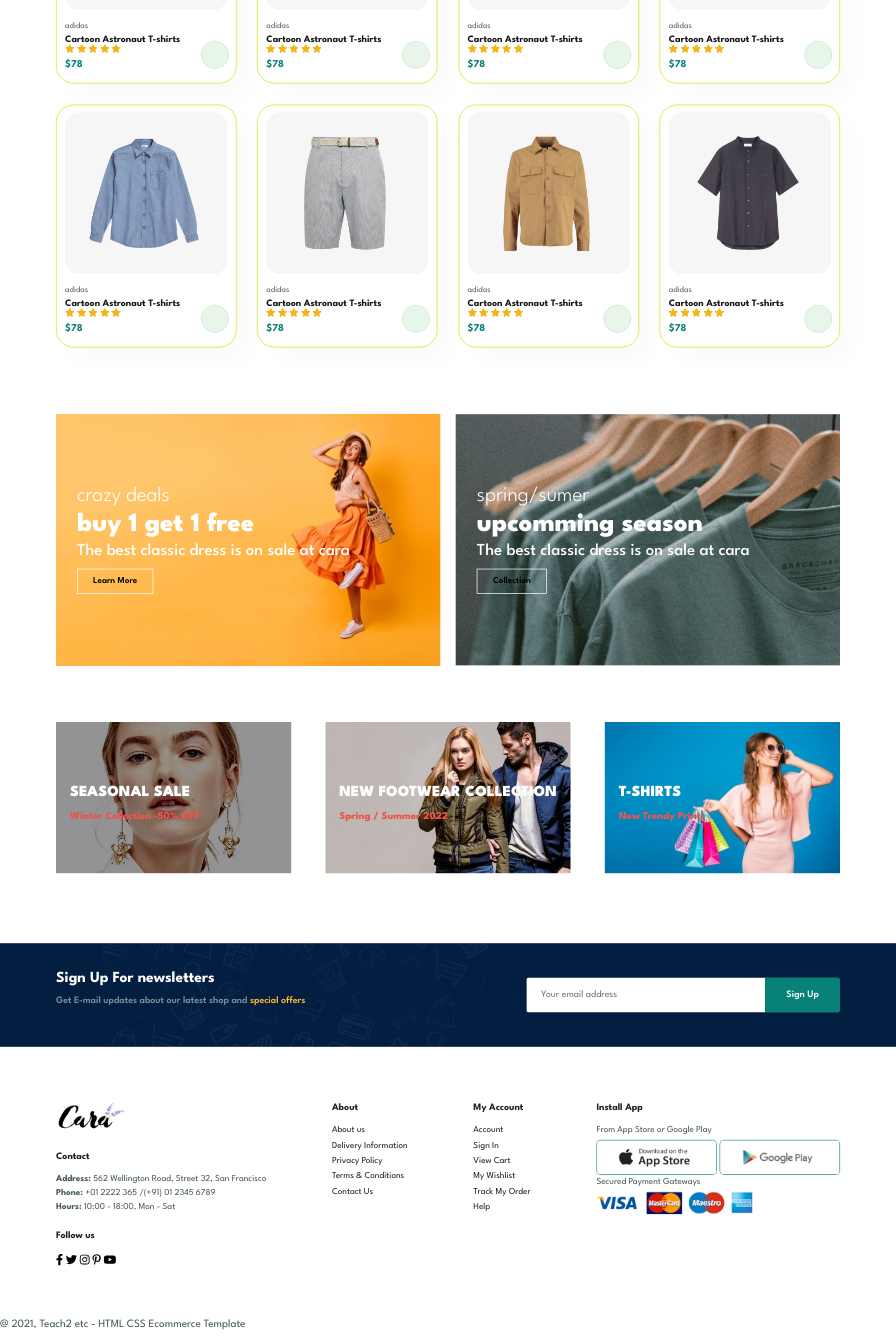
Repository: quy261001/cara
Page: index.html
An editor plug-in stored every save of this project. The page is shown before and after the next save, followed by the edit.
The browser window is 1280 px wide. The pictures show the part of the page from y = 2768 to 4688 px (the page is 4688 px tall), at 70% of full size.

Above is the page before, as saved 2022-05-02 13:35:53.

### index.html
<!DOCTYPE html>
<html lang="en">
<head>
  <meta charset="UTF-8">
  <meta http-equiv="X-UA-Compatible" content="IE=edge">
  <meta name="viewport" content="width=device-width, initial-scale=1.0">
  <link rel="stylesheet" href="style.css">
  <title>Cara</title>
</head>
<body>
  <section class="header">
    <a href="#"><img src="img/logo.png" class="logo" alt=""></a>

    <div>
      <ul class="navbar">
        <li><a class="active" href="index.html">Home</a></li>
        <li><a href="shop.html">Shop</a></li>
        <li><a href="blog.html">Blog</a></li>
        <li><a href="about.html">About</a></li>
        <li><a href="contact.html">Contact</a></li>
        <li><a href="cart.html"><i class="far fa-shopping-bag"></i></a></li>
      </ul>
    </div>
  </section>

  <section class="hero">
    <h4>Trade-in-offer</h4>
    <h2>Super value deals</h2>
    <h1>On all products</h1>
    <p>Save more with coupon & up to 70% off!</p>
    <button>Shop Now</button>
  </section>

  <section class="feature section-p1">
    <div class="fe-box">
      <img src="img/features/f1.png" alt="">
      <h6>Free Shipping</h6>
    </div>
    <div class="fe-box">
      <img src="img/features/f2.png" alt="">
      <h6>Online Order</h6>
    </div>
    <div class="fe-box">
      <img src="img/features/f3.png" alt="">
      <h6>Save Money</h6>
    </div>
    <div class="fe-box">
      <img src="img/features/f4.png" alt="">
      <h6>Promotions</h6>
    </div>
    <div class="fe-box">
      <img src="img/features/f5.png" alt="">
      <h6>Happy Sell</h6>
    </div>
    <div class="fe-box">
      <img src="img/features/f6.png" alt="">
      <h6>F24/7 Support</h6>
    </div>
  </section>

  <section class="product1 section-p1">
    <h2>Featured Products</h2>
    <p>Summer Collection New Morden Design</p>
    <div class="pro-container">
      <div class="pro">
        <img src="img/products/f1.jpg" alt="">
        <div class="des">
          <span>adidas</span>
          <h5>Cartoon Astronaut T-shirts</h5>
          <div class="star">
            <i class="fas fa-star"></i>
            <i class="fas fa-star"></i>
            <i class="fas fa-star"></i>
            <i class="fas fa-star"></i>
            <i class="fas fa-star"></i>
          </div>
          <h4>$78</h4>
        </div>
        <a href=""><i class="fal fa-shopping-cart cart"></i></a>
      </div>
      <div class="pro">
        <img src="img/products/f2.jpg" alt="">
        <div class="des">
          <span>adidas</span>
          <h5>Cartoon Astronaut T-shirts</h5>
          <div class="star">
            <i class="fas fa-star"></i>
            <i class="fas fa-star"></i>
            <i class="fas fa-star"></i>
            <i class="fas fa-star"></i>
            <i class="fas fa-star"></i>
          </div>
          <h4>$78</h4>
        </div>
        <a href=""><i class="fal fa-shopping-cart cart"></i></a>
      </div>
      <div class="pro">
        <img src="img/products/f3.jpg" alt="">
        <div class="des">
          <span>adidas</span>
          <h5>Cartoon Astronaut T-shirts</h5>
          <div class="star">
            <i class="fas fa-star"></i>
            <i class="fas fa-star"></i>
            <i class="fas fa-star"></i>
            <i class="fas fa-star"></i>
            <i class="fas fa-star"></i>
          </div>
          <h4>$78</h4>
        </div>
        <a href=""><i class="fal fa-shopping-cart cart"></i></a>
      </div>
      <div class="pro">
        <img src="img/products/f4.jpg" alt="">
        <div class="des">
          <span>adidas</span>
          <h5>Cartoon Astronaut T-shirts</h5>
          <div class="star">
            <i class="fas fa-star"></i>
            <i class="fas fa-star"></i>
            <i class="fas fa-star"></i>
            <i class="fas fa-star"></i>
            <i class="fas fa-star"></i>
          </div>
          <h4>$78</h4>
        </div>
        <a href=""><i class="fal fa-shopping-cart cart"></i></a>
      </div>
      <div class="pro">
        <img src="img/products/f5.jpg" alt="">
        <div class="des">
          <span>adidas</span>
          <h5>Cartoon Astronaut T-shirts</h5>
          <div class="star">
            <i class="fas fa-star"></i>
            <i class="fas fa-star"></i>
            <i class="fas fa-star"></i>
            <i class="fas fa-star"></i>
            <i class="fas fa-star"></i>
          </div>
          <h4>$78</h4>
        </div>
        <a href=""><i class="fal fa-shopping-cart cart"></i></a>
      </div>
      <div class="pro">
        <img src="img/products/f6.jpg" alt="">
        <div class="des">
          <span>adidas</span>
          <h5>Cartoon Astronaut T-shirts</h5>
          <div class="star">
            <i class="fas fa-star"></i>
            <i class="fas fa-star"></i>
            <i class="fas fa-star"></i>
            <i class="fas fa-star"></i>
            <i class="fas fa-star"></i>
          </div>
          <h4>$78</h4>
        </div>
        <a href=""><i class="fal fa-shopping-cart cart"></i></a>
      </div>
      <div class="pro">
        <img src="img/products/f7.jpg" alt="">
        <div class="des">
          <span>adidas</span>
          <h5>Cartoon Astronaut T-shirts</h5>
          <div class="star">
            <i class="fas fa-star"></i>
            <i class="fas fa-star"></i>
            <i class="fas fa-star"></i>
            <i class="fas fa-star"></i>
            <i class="fas fa-star"></i>
          </div>
          <h4>$78</h4>
        </div>
        <a href=""><i class="fal fa-shopping-cart cart"></i></a>
      </div>
      <div class="pro">
        <img src="img/products/f8.jpg" alt="">
        <div class="des">
          <span>adidas</span>
          <h5>Cartoon Astronaut T-shirts</h5>
          <div class="star">
            <i class="fas fa-star"></i>
            <i class="fas fa-star"></i>
            <i class="fas fa-star"></i>
            <i class="fas fa-star"></i>
            <i class="fas fa-star"></i>
          </div>
          <h4>$78</h4>
        </div>
        <a href=""><i class="fal fa-shopping-cart cart"></i></a>
      </div>
    </div>

  </section>

  <section class="banner section-m1">
    <h4>Repair Services</h4>
    <h2>Up to <span>70% Off</span> All t-shirts & Accessories</h2>
    <button class="normal">Explore More</button>
  </section>

  <section class="product1 section-p1">
    <h2>New Arrivals</h2>
    <p>Summer Collection New Morden Design</p>
    <div class="pro-container">
      <div class="pro">
        <img src="img/products/n1.jpg" alt="">
        <div class="des">
          <span>adidas</span>
          <h5>Cartoon Astronaut T-shirts</h5>
          <div class="star">
            <i class="fas fa-star"></i>
            <i class="fas fa-star"></i>
            <i class="fas fa-star"></i>
            <i class="fas fa-star"></i>
            <i class="fas fa-star"></i>
          </div>
          <h4>$78</h4>
        </div>
        <a href=""><i class="fal fa-shopping-cart cart"></i></a>
      </div>
      <div class="pro">
        <img src="img/products/n2.jpg" alt="">
        <div class="des">
          <span>adidas</span>
          <h5>Cartoon Astronaut T-shirts</h5>
          <div class="star">
            <i class="fas fa-star"></i>
            <i class="fas fa-star"></i>
            <i class="fas fa-star"></i>
            <i class="fas fa-star"></i>
            <i class="fas fa-star"></i>
          </div>
          <h4>$78</h4>
        </div>
        <a href=""><i class="fal fa-shopping-cart cart"></i></a>
      </div>
      <div class="pro">
        <img src="img/products/n3.jpg" alt="">
        <div class="des">
          <span>adidas</span>
          <h5>Cartoon Astronaut T-shirts</h5>
          <div class="star">
            <i class="fas fa-star"></i>
            <i class="fas fa-star"></i>
            <i class="fas fa-star"></i>
            <i class="fas fa-star"></i>
            <i class="fas fa-star"></i>
          </div>
          <h4>$78</h4>
        </div>
        <a href=""><i class="fal fa-shopping-cart cart"></i></a>
      </div>
      <div class="pro">
        <img src="img/products/n4.jpg" alt="">
        <div class="des">
          <span>adidas</span>
          <h5>Cartoon Astronaut T-shirts</h5>
          <div class="star">
            <i class="fas fa-star"></i>
            <i class="fas fa-star"></i>
            <i class="fas fa-star"></i>
            <i class="fas fa-star"></i>
            <i class="fas fa-star"></i>
          </div>
          <h4>$78</h4>
        </div>
        <a href=""><i class="fal fa-shopping-cart cart"></i></a>
      </div>
      <div class="pro">
        <img src="img/products/n5.jpg" alt="">
        <div class="des">
          <span>adidas</span>
          <h5>Cartoon Astronaut T-shirts</h5>
          <div class="star">
            <i class="fas fa-star"></i>
            <i class="fas fa-star"></i>
            <i class="fas fa-star"></i>
            <i class="fas fa-star"></i>
            <i class="fas fa-star"></i>
          </div>
          <h4>$78</h4>
        </div>
        <a href=""><i class="fal fa-shopping-cart cart"></i></a>
      </div>
      <div class="pro">
        <img src="img/products/n6.jpg" alt="">
        <div class="des">
          <span>adidas</span>
          <h5>Cartoon Astronaut T-shirts</h5>
          <div class="star">
            <i class="fas fa-star"></i>
            <i class="fas fa-star"></i>
            <i class="fas fa-star"></i>
            <i class="fas fa-star"></i>
            <i class="fas fa-star"></i>
          </div>
          <h4>$78</h4>
        </div>
        <a href=""><i class="fal fa-shopping-cart cart"></i></a>
      </div>
      <div class="pro">
        <img src="img/products/n7.jpg" alt="">
        <div class="des">
          <span>adidas</span>
          <h5>Cartoon Astronaut T-shirts</h5>
          <div class="star">
            <i class="fas fa-star"></i>
            <i class="fas fa-star"></i>
            <i class="fas fa-star"></i>
            <i class="fas fa-star"></i>
            <i class="fas fa-star"></i>
          </div>
          <h4>$78</h4>
        </div>
        <a href=""><i class="fal fa-shopping-cart cart"></i></a>
      </div>
      <div class="pro">
        <img src="img/products/n8.jpg" alt="">
        <div class="des">
          <span>adidas</span>
          <h5>Cartoon Astronaut T-shirts</h5>
          <div class="star">
            <i class="fas fa-star"></i>
            <i class="fas fa-star"></i>
            <i class="fas fa-star"></i>
            <i class="fas fa-star"></i>
            <i class="fas fa-star"></i>
          </div>
          <h4>$78</h4>
        </div>
        <a href=""><i class="fal fa-shopping-cart cart"></i></a>
      </div>
    </div>

  </section>

  <section class="sm-banner section-p1">
      <div class="banner-box">
        <h4>crazy deals</h4>
        <h2>buy 1 get 1 free</h2>
        <span>The best classic dress is on sale at cara</span>
        <button class="while">Learn More</button>
      </div>
      <div class="banner-box banner-box2">
        <h4>spring/sumer</h4>
        <h2>upcomming season</h2>
        <span>The best classic dress is on sale at cara</span>
        <button class="while">Collection</button>
      </div>
  </section>

  <div class="banner3 section-p1">
    <div class="banner-box">
      <h2>SEASONAL SALE</h2>
      <h3>Winter Collection -50% OFF</h3>
    </div>
    <div class="banner-box banner-box2">
      <h2>NEW FOOTWEAR COLLECTION</h2>
      <h3>Spring / Summer 2022</h3>
    </div>
    <div class="banner-box banner-box3">
      <h2>T-SHIRTS</h2>
      <h3>New Trendy Prints</h3>
    </div>
  </div>

  <section class="newsletter section-p1 section-m1">
      <div class="newstext">
          <h4>Sign Up For newsletters</h4>
          <p>Get E-mail updates about our latest shop and <span>special offers</span></p>
      </div>
      <div class="form">
        <input type="text" placeholder="Your email address">
        <button class="normal">Sign Up </button>
      </div>
  </section>

  <footer class="section-p1">
    <div class="col">
      <img class="logo" src="img/logo.png" alt="">
      <h4>Contact</h4>
      <p><strong>Address: </strong>562 Wellington Road, Street 32, San Francisco</p>
      <p><strong>Phone: </strong>+01 2222 365 /(+91) 01 2345 6789</p>
      <p><strong>Hours: </strong>10:00 - 18:00, Mon - Sat</p>
      <div class="follow">
        <h4>Follow us</h4>
        <div class="icon">
          <i class="fab fa-facebook-f"></i>
          <i class="fab fa-twitter"></i>
          <i class="fab fa-instagram"></i>
          <i class="fab fa-pinterest-p"></i>
          <i class="fab fa-youtube"></i>
        </div>
      </div>
    </div>

    <div class="col">
      <h4>About</h4>
      <a href="#">About us</a>
      <a href="#">Delivery Information</a>
      <a href="#">Privacy Policy</a>
      <a href="#">Terms & Conditions</a>
      <a href="#">Contact Us</a>
    </div>

    <div class="col">
      <h4>My Account</h4>
      <a href="#">Account</a>
      <a href="#">Sign In</a>
      <a href="#">View Cart</a>
      <a href="#">My Wishlist</a>
      <a href="#">Track My Order</a>
      <a href="#">Help</a>
    </div>

    <div class="col install">
      <h4>Install App</h4>
      <p>From App Store or Google Play</p>
      <div class="row">
        <img src="img/pay/app.jpg" alt="">
        <img src="img/pay/play.jpg" alt="">
      </div>
      <p>Secured Payment Gateways</p>
      <img src="img/pay/pay.png" alt="">
    </div>
  </footer>
  <section>
    <div class="copyright">
      <p>@ 2021, Teach2 etc - HTML CSS Ecommerce Template</p>
    </div>
  </section>
  <script src="script.js"></script>
  <script defer src="https://pro.fontawesome.com/releases/v5.15.4/js/all.js"></script>
</body>
</html>

### style.css
@import url('https://fonts.googleapis.com/css2?family=League+Spartan:wght@100;200;300;400;500;600;700;800;900&display=swap');
* {
  margin: 0;
  padding: 0;
  box-sizing: border-box;
  font-family: 'League Spartan', sans-serif;
}
h1 {
  font-size: 50px;
  line-height: 64px;
  color: #222;
}
h2 {
  font-size: 46px;
  line-height: 53px;
  color: #222;
}
h4 {
  font-size: 20px;
  color: #222;
}
h6 {
  font-weight: 700;
  font-size: 12px;
}
p {
  font-size: 16px;
  color: #465b52;
  margin: 15px 0 20px 0;
}
.section-p1 {
  padding: 40px 80px;
}
.section-m1 {
  margin: 40px 0;
}
button.normal {
  font-size: 14px;
  font-weight: 600;
  padding: 15px 30px;
  color: #000;
  background-color: #fff;
  border-radius: 4px;
  cursor: pointer;
  border: none;
  outline: none;
  transition: 0.2s;
}
button.while {
  font-size: 13px;
  font-weight: 600;
  padding: 11px 22px;
  color: #000;
  background-color: transparent;
  cursor: pointer;
  border: 1px solid #fff;
  outline: none;
  transition: 0.2s;
}
body {
  width: 100%;
}

/* Header-start */
.header {
  display: flex;
  justify-content: space-between;
  align-items: center;
  padding: 20px 80px;
  background-color: #E3E6F3;
  box-shadow: 0 5px 15px rgba(0, 0, 0, 0.06);
  z-index: 999;
  position: sticky;
  top: 0;
  left: 0;
}

.navbar {
  display: flex;
  align-items: center;
  justify-content: center;
}

.navbar li {
  list-style: none;
  padding: 0 20px;
  position: relative;
}

.navbar li a {
  text-decoration: none;
  font-size:16px;
  font-weight: 600;
  color: #1a1a1a;
  transition: 0.3s ease;
}

.navbar li a:hover,
.navbar li a.active {
  color: #088178;
}

.navbar li a.active::after,
.navbar li a:hover::after {
  content: "";
  width: 30%;
  height: 2px;
  background-color: #088178;
  position: absolute;
  bottom: -4px;
  left: 20px;
}
/* Home page */
.hero {
  background-image: url("img/hero4.png");
  height: 90vh;
  width: 100%;
  background-position: top 25% right 0;
  background-size: cover;
  display: flex;
  justify-content: center;
  align-items: flex-start;
  flex-direction: column;
  padding: 0 80px;
}

.hero h4 {
  padding-bottom: 15px;
}

.hero h1 {
  color: #088178;
}

.hero button {
  background-image: url("img/button.png");
  background-color: transparent;
  color: #088178;
  border: 0;
  padding: 14px 80px 14px 80px;
  background-repeat: no-repeat;
  cursor: pointer;
  font-weight: 700;
}

.feature {
  display: flex;
  align-items: center;
  justify-content: space-between;
  flex-wrap: wrap;
}

.feature .fe-box {
   width: 180px;
   text-align: center;
   padding: 25px 15px;
   box-shadow: 20px 20px 34px rgba(0, 0, 0, 0.03);
   border: 1px solid #cce7d0;
   border-radius: 4px;
   margin: 15px 0;
}

.feature .fe-box:hover {
  box-shadow: 10px 10px 54px rgba(70, 62, 221, 0.1);
}
.feature .fe-box img {
  width: 100%;
  margin-bottom: 10px;
}
.feature .fe-box h6 {
  display: inline-block;
  padding: 9px 8px 6px 8px;
  line-height: 1;
  border-radius: 4px;
  color: #088178;
  background-color: #fddde4;
}
.feature .fe-box:nth-child(2) h6 {
  background-color: #cdebbc;
}
.feature .fe-box:nth-child(3) h6 {
  background-color: #d1e8f2;
}
.feature .fe-box:nth-child(4) h6 {
  background-color: #cdd4f8;
}
.feature .fe-box:nth-child(5) h6 {
  background-color: #f6dbf6;
}
.feature .fe-box:nth-child(6) h6 {
  background-color: #fff2e5;
}

.product1 {
  text-align: center;
}
.product1 .pro-container {
  display: flex;
  justify-content: space-between;
  flex-wrap: wrap;
  padding-top: 20px;
}
.product1 .pro {
  position: relative;
  width: 23%;
  min-width: 250px;
  padding: 10px 12px;
  border: 1px solid #cce70d;
  border-radius: 25px;
  cursor: pointer;
  box-shadow: 20px 20px 30px rgba(0, 0, 0, 0.02);
  margin: 15px 0;
  transition: 0.2s ease;
}
.product1 .pro:hover {
  box-shadow: 20px 20px 30px rgba(0, 0, 0, 0.06);
}
.product1 .pro img {
  width: 100%;
  border-radius: 20px;
}
.product1 .pro .des {
  text-align: start;
  padding: 10px 0;
}
.product1 .pro .des span {
  color: #606063;
  font-size: 12px;
}
.product1 .pro .des h5 {
  padding-top: 7px;
  color: #1a1a1a;
  font-size: 14px;
}
.star {
  font-size: 12px;
  color: rgb(243, 181, 25);
}
.product1 .pro .des h4 {
  padding-top: 7px;
  font-size: 15px;
  font-weight: 700;
  color: #088178;
}
.product1 .pro .cart {
  width: 40px;
  height: 40px;
  line-height: 40px;
  border-radius: 50px;
  background-color: #e8f6ea;
  font-weight: 500;
  color: #088178;
  border: 1px solid #cce7d0;
  padding: 10px;
  position: absolute;
  bottom: 20px;
  right: 10px;
}

.banner {
  display: flex;
  flex-direction: column;
  justify-content: center;
  align-items: center;
  background-image: url("img/banner/b2.jpg");
  width: 100%;
  height: 40vh;
  background-size: cover;
  background-position: center;
}
.banner h4 {
  color: #fff;
  font-size: 16px;
}
.banner h2 {
  color: #fff;
  font-size: 30px;
  padding: 10px 0;
}
.banner h2 span {
  color: #ef3636;
}
.banner button:hover {
  background: #088178;
  color: #fff;
}

.sm-banner {
  display: flex;
  justify-content: space-between;
  flex-wrap: wrap;
}

.sm-banner .banner-box {
  display: flex;
  flex-direction: column;
  justify-content: center;
  align-items: flex-start;
  text-align: center;
  background-image: url("img/banner/b17.jpg");
  min-width: 49%;
  height: 50vh;
  background-size: cover;
  background-position: center;
  padding: 30px;
}
.sm-banner .banner-box2 {
  background-image: url("img/banner/b10.jpg");
}
.sm-banner h4 {
  color: #fff;
  font-size: 30px;
  font-weight: 300;
}
.sm-banner h2 {
  color: #fff;
  font-size: 38px;
  font-weight: 800;
}
.sm-banner span {
  color: #fff;
  font-size: 24px;
  font-weight: 500;
  margin-bottom: 15px;
}
.sm-banner .banner-box:hover button {
  background-color: #088178;
  border: 1px solid #088178;
}

.banner3 {
  display: flex;
  justify-content: space-between;
  flex-wrap: wrap;
}

.banner3 .banner-box {
  display: flex;
  flex-direction: column;
  justify-content: center;
  align-items: flex-start;
  text-align: center;
  background-image: url("img/banner/b7.jpg");
  min-width: 30%;
  height: 30vh;
  background-size: cover;
  background-position: center;
  padding: 20px;
  margin-bottom: 20px;
}

.banner3 .banner-box2 {
  background-image: url("img/banner/b4.jpg");
}

.banner3 .banner-box3 {
  background-image: url("img/banner/b18.jpg");
}

.banner3 h2 {
  color: #fff;
  font-weight: 900;
  font-size: 22px;
}

.banner3 h3 {
  color: #ec544e;
  font-weight: 800;
  font-size: 15px;
}

.newsletter {
  display: flex;
  justify-content: space-between;
  flex-wrap: wrap;
  align-items: center;
  background-image: url("img/banner/b14.png");
  background-repeat: no-repeat;
  background-position: 20% 30%;
  background-color: #041e42;
}
.newsletter h4 {
  font-size: 22px;
  font-weight: 700;
  color: #fff;
}
.newsletter p {
  font-size: 14px;
  font-weight: 600;
  color: #818ea0;
}
.newsletter p span {
  color: #ffbd27;
}

.newsletter .form {
  display: flex;
  width: 40%;
}

.newsletter input {
  height: 3.125rem;
  width: 24.125rem;
  padding: 0 1.25rem;
  font-size: 14px;
  border: 1px solid transparent;
  border-radius: 4px;
  outline: none;
  border-top-right-radius: 0;
  border-bottom-right-radius: 0;
}
.newsletter button {
  background-color: #088178;
  color: #fff;
  white-space: nowrap;
  padding:18px 30px;
  border-top-left-radius: 0;
  border-bottom-left-radius: 0;
}

footer {
  display: flex;
  flex-wrap: wrap;
  justify-content: space-between;
}
footer .col {
  display: flex;
  flex-direction: column;
  align-items: flex-start;
  margin-bottom: 20px;
}
footer .logo {
    margin-bottom: 30px;
}
footer h4 {
  font-size: 14px;
  margin-bottom: 20px;
}
footer p {
  font-size: 13px;
  margin: 0 0 8px 0;
}
footer a  {
  font-size: 13px;
  text-decoration: none;
  color: #222;
  margin-bottom: 10px;
}
footer .follow {
  margin-top: 20px;
}
footer .follow i {
  color: #456b52;
  padding-right: 4px;
  cursor: pointer;
}
footer .install .row img {
  border: 1px solid #088178;
  border-radius: 6px;
}

Loaded but not shown: script.js (no copy from this time; the picture is the same without it)

After the next save:
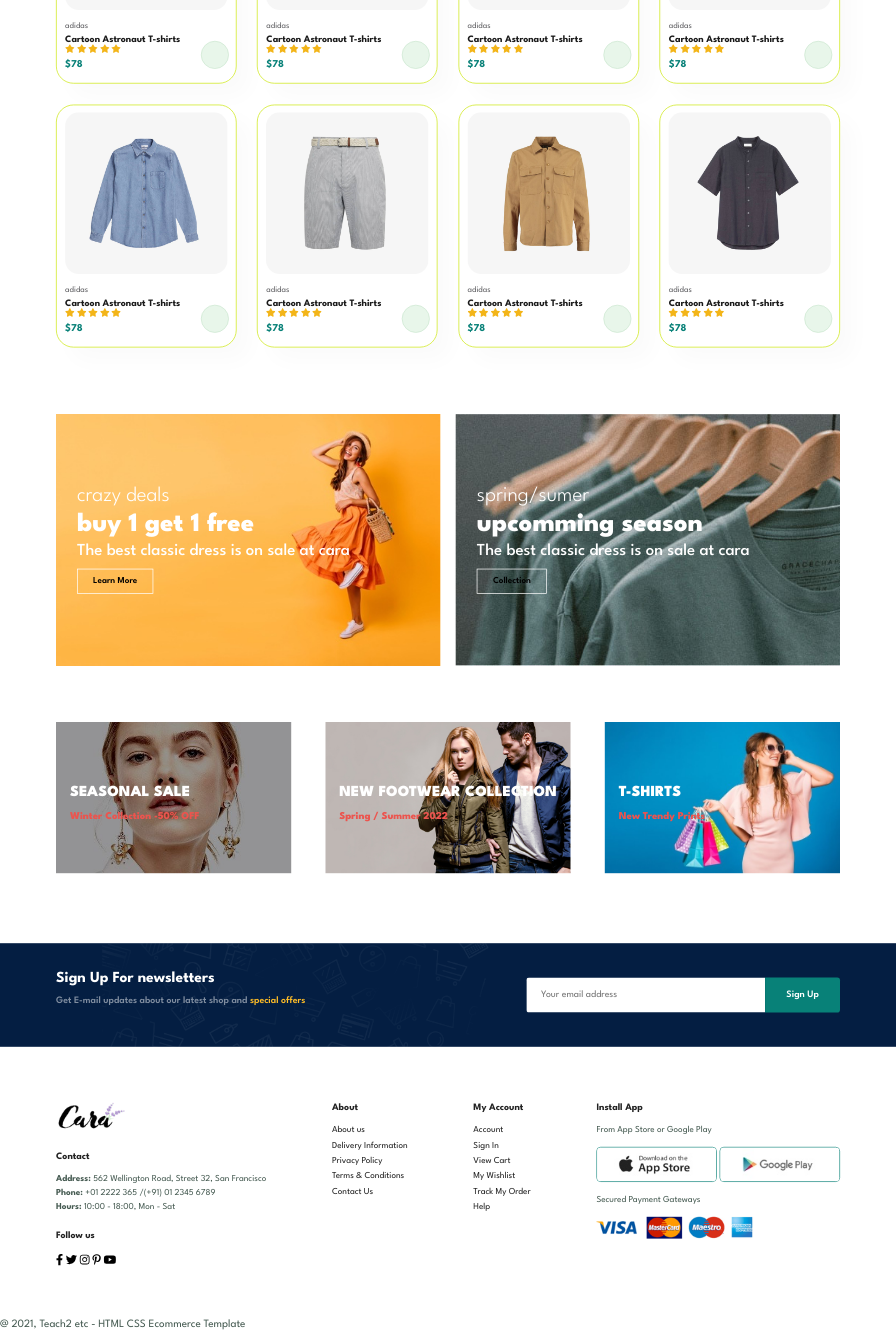
Saved 2 min 46 s later.
--- a/style.css
+++ b/style.css
@@ -458,3 +458,6 @@ footer .install .row img {
   border: 1px solid #088178;
   border-radius: 6px;
 }
+footer .install img {
+  margin: 10px 0 15px 0;
+}
